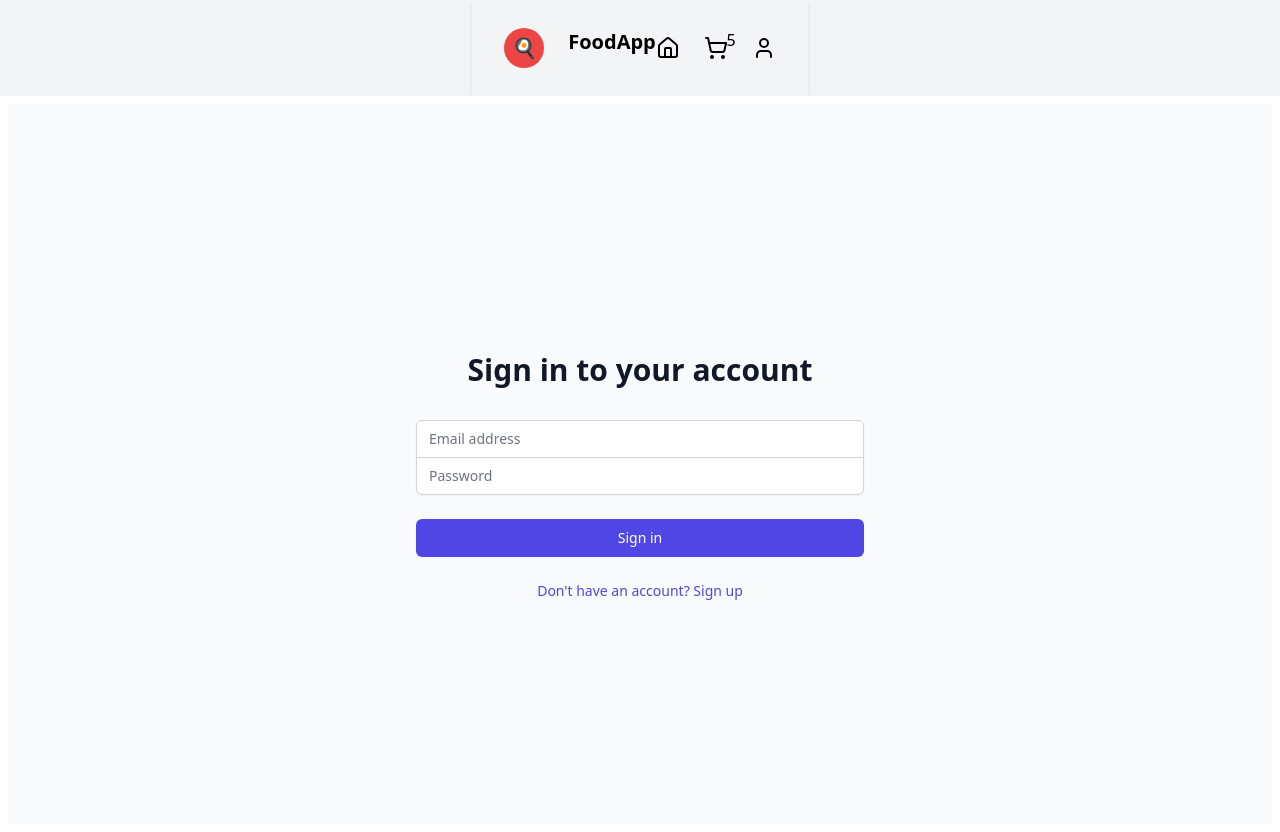
Repository: Deniihsilvaa/pastelariadoceesal
Page: /auth
These files come from the project's save history. The page is drawn as it stood at one moment and after the next save; the edit follows.
The browser window is 1280 px wide. The pictures show the whole page.
The page's requests for data from a server got no answer. The project was rebuilt for these pictures with package versions that can differ from the ones it lists, and the page was loaded fresh each time. No one was signed in, and anything a server would have sent is missing. Also part of the build but not shown: vite.config.ts, src/components/home/CategoryCard.tsx, src/pages/HomePage.tsx, src/lib/supabaseClient.ts, src/components/restaurant/MenuItem.tsx, src/components/restaurant/MenuList.tsx, src/components/restaurant/RestaurantHeader.tsx, src/pages/RestaurantPage.tsx and 1 more.

Above is the page before, as saved 2024-12-31 18:05:10.

### index.html
<!doctype html>
<html lang="en">

<head>
  <meta charset="UTF-8" />
  <link rel="icon" type="image/svg+xml" href="" />
  <meta name="viewport" content="width=device-width, initial-scale=1.0" />
  <title>Pastelaria Doce & Sal</title>

</head>

<body>
  <div id="root"></div>
  <script type="module" src="/src/main.tsx"></script>
</body>

</html>

### src/App.tsx
// src/app.tsx
import { PrimeReactProvider } from "primereact/api";
import React from "react";
import { BrowserRouter as Router } from "react-router-dom";
import { AuthProvider } from "./contexts/AuthContext";
import Rota from "./hooks/Rota.tsx";
import Layout from "./components/layout/Layout";

const App: React.FC = () => {
  return (
    <PrimeReactProvider value={{ unstyled: true }}>
      <Router>
        <AuthProvider>
          <Layout>
            <Rota />
          </Layout>
        </AuthProvider>
      </Router>
    </PrimeReactProvider>
  );
};

export default App;

### src/contexts/AuthContext.tsx
import  { createContext,  useState, ReactNode } from 'react';

interface AuthContextType {
  user: { name: string; email: string } | null;
  login: (userData: { name: string; email: string }) => void;
  logout: () => void;
}

export const AuthContext = createContext<AuthContextType | undefined>(undefined);

export function AuthProvider({ children }: { children: ReactNode }) {
  const [user, setUser] = useState<AuthContextType['user']>(null);

  const login = (userData: { name: string; email: string }) => {
    setUser(userData);
  };

  const logout = () => {
    setUser(null);
  };

  return (
    <AuthContext.Provider value={{ user, login, logout }}>
      {children}
    </AuthContext.Provider>
  );
}

### src/hooks/Rota.tsx
import { Routes, Route } from "react-router-dom";
import { useAuth } from "../contexts/useAuth.tsx";
import { AuthForm } from '../components/AuthForm.tsx';
import { HomePage } from '../pages/HomePage.tsx';
import { RestaurantPage } from '../pages/RestaurantPage';
import { Profile } from '../components/layout/profile/Profile';

const Rota = () => {
  const {user} = useAuth();

  return (
    <Routes>
      {/* Rotas públicas */}
      <Route path="/" element={<HomePage />} />
      <Route path="/auth" element={<AuthForm />} />
      <Route path="/profile" element={<Profile />} />
      <Route path="/restaurant/:id" element={<RestaurantPage />} />

      {user ? (
        <Route path="/profile" element={<Profile />} />
      ) : (
        <Route path="*" element={<HomePage />} />
      )}

      {/* Redirecionamento para a página inicial para qualquer outra rota desconhecida */}
      <Route path="*" element={<HomePage />} />
    </Routes>
  );
};

export default Rota;

### src/components/layout/Layout.tsx
// src/components/layout/Layout.tsx
import { ReactNode } from 'react';
import { Header } from './Header';

interface LayoutProps {
  children: ReactNode;
}

const Layout: React.FC<LayoutProps> = ({ children }) => {
  return (
    <div className="flex flex-col min-h-screen bg-gray-100 min-w-screen">
      <Header />
      <main className="flex-1 p-2 bg-white shadow-md">{children}</main>
    </div>
  );
};

export default Layout;

### src/contexts/useAuth.tsx
import { useContext } from 'react';
import {AuthContext} from '../contexts/AuthContext';

export function useAuth() {
  const context = useContext(AuthContext);
  if (context === undefined) {
    throw new Error('useAuth must be used within an AuthProvider');
  }
  return context;
}

### src/components/AuthForm.tsx
import { useState } from 'react';
import { useAuth } from '../contexts/useAuth';

export function AuthForm() {
  const [isLogin, setIsLogin] = useState(true);
  const [email, setEmail] = useState('');
  const [password, setPassword] = useState('');
  const [error, setError] = useState('');
  const { signIn, signUp } = useAuth();

  const handleSubmit = async (e: React.FormEvent) => {
    e.preventDefault();
    setError('');

    try {
      if (isLogin) {
        await signIn(email, password);
      } else {
        await signUp(email, password);
      }
    } catch (err) {
      setError(err instanceof Error ? err.message : 'An error occurred');
    }
  };

  return (
    <div className="flex items-center justify-center min-h-screen px-4 py-12 bg-gray-50 sm:px-6 lg:px-8">
      <div className="w-full max-w-md space-y-8">
        <div>
          <h2 className="mt-6 text-3xl font-extrabold text-center text-gray-900">
            {isLogin ? 'Sign in to your account' : 'Create your account'}
          </h2>
        </div>
        <form className="mt-8 space-y-6" onSubmit={handleSubmit}>
          <div className="-space-y-px rounded-md shadow-sm">
            <div>
              <label htmlFor="email-address" className="sr-only">
                Email address
              </label>
              <input
                id="email-address"
                name="email"
                type="email"
                required
                className="relative block w-full px-3 py-2 text-gray-900 placeholder-gray-500 border border-gray-300 rounded-none appearance-none rounded-t-md focus:outline-none focus:ring-indigo-500 focus:border-indigo-500 focus:z-10 sm:text-sm"
                placeholder="Email address"
                value={email}
                onChange={(e) => setEmail(e.target.value)}
              />
            </div>
            <div>
              <label htmlFor="password" className="sr-only">
                Password
              </label>
              <input
                id="password"
                name="password"
                type="password"
                required
                className="relative block w-full px-3 py-2 text-gray-900 placeholder-gray-500 border border-gray-300 rounded-none appearance-none rounded-b-md focus:outline-none focus:ring-indigo-500 focus:border-indigo-500 focus:z-10 sm:text-sm"
                placeholder="Password"
                value={password}
                onChange={(e) => setPassword(e.target.value)}
              />
            </div>
          </div>

          {error && (
            <div className="text-sm text-center text-red-500">{error}</div>
          )}

          <div>
            <button
              type="submit"
              className="relative flex justify-center w-full px-4 py-2 text-sm font-medium text-white bg-indigo-600 border border-transparent rounded-md group hover:bg-indigo-700 focus:outline-none focus:ring-2 focus:ring-offset-2 focus:ring-indigo-500"
            >
              {isLogin ? 'Sign in' : 'Sign up'}
            </button>
          </div>

          <div className="text-sm text-center">
            <button
              type="button"
              className="font-medium text-indigo-600 hover:text-indigo-500"
              onClick={() => setIsLogin(!isLogin)}
            >
              {isLogin
                ? "Don't have an account? Sign up"
                : 'Already have an account? Sign in'}
            </button>
          </div>
        </form>
      </div>
    </div>
  );
}

### src/components/layout/Header.tsx
// src/components/layout/Header.tsx
import { Link } from 'react-router-dom';
import { Avatar } from 'primereact/avatar';
import { Badge } from 'primereact/badge';
import { InputText } from 'primereact/inputtext';
import { Search, ShoppingCart, User, Home, Heart } from 'lucide-react';
import { useAuth } from '../../contexts/useAuth';

export function Header() {
  const { user } = useAuth();

  return (
    <div className="flex items-center justify-between p-4 mx-auto space-x-6 shadow-md max-w-7xl sm:flex-col md:flex-row">
      <div className="flex items-center justify-center h-16 px-4 mx-auto max-w-7xl">
        {/* Logo */}
        <Link to="/" className="flex justify-end space-x-6 ">
          <div className="flex items-center justify-center w-10 h-10 bg-red-500 rounded-full">
            <span className="text-xl text-white">🍳</span>
          </div>
          <span className="text-xl font-bold">FoodApp</span>
        </Link>

        {/* Navigation Links */}
        <nav className="flex items-center space-x-6">
          <Link to="/" className="nav-link">
            <Home className="w-6 h-6 hover:text-red-500" />
          </Link>

          <Link to="/cart" className="relative nav-link">
            <ShoppingCart className="w-6 h-6 hover:text-red-500" />
            <Badge value="5" className="absolute -top-2 -right-2" />
          </Link>
          <Link to={user ? "/profile" : "/auth"} className="nav-link">
            {user ? (
              <Avatar
                icon="pi pi-user"
                shape="circle"
                size="xlarge"
                className="w-10 h-10 bg-gray-200 hover:shadow-lg"
              />
            ) : (
              <User className="w-6 h-6 hover:text-red-500" />
            )}
          </Link>
        </nav>
      </div>
    </div>
  );
}

### tailwind.config.js
/** @type {import('tailwindcss').Config} */
module.exports = {
  content: ["./index.html", "./src/**/*.{js,ts,jsx,tsx}"],
  theme: {
    extend: {},
  },
  plugins: [],
}

Loaded but not shown: src/main.tsx (common file); src/index.css (common file)

After the next save:
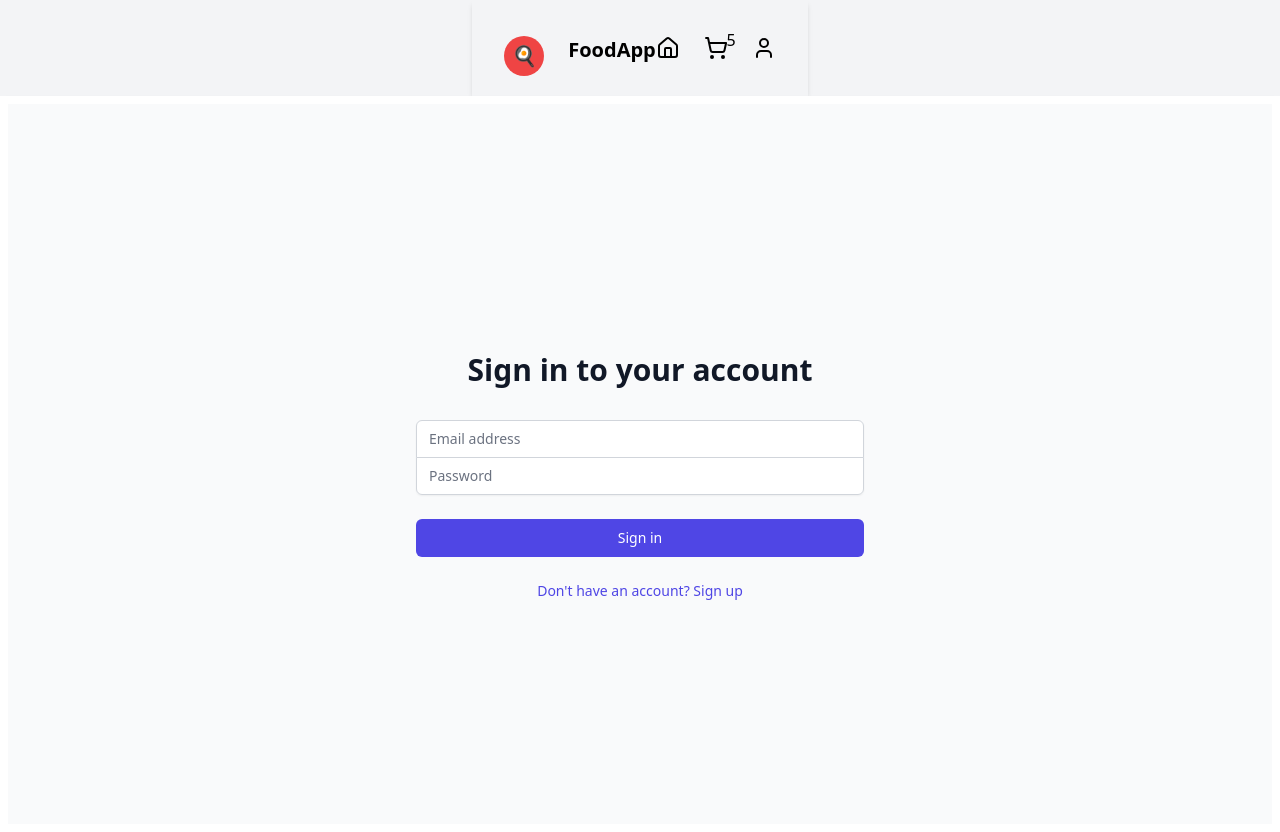
Saved 34 s later.
--- a/src/components/layout/Header.tsx
+++ b/src/components/layout/Header.tsx
@@ -13,7 +13,7 @@
     <div className="flex items-center justify-between p-4 mx-auto space-x-6 shadow-md max-w-7xl sm:flex-col md:flex-row">
       <div className="flex items-center justify-center h-16 px-4 mx-auto max-w-7xl">
         {/* Logo */}
-        <Link to="/" className="flex justify-end space-x-6 ">
+        <Link to="/" className="flex justify-end mt-4 space-x-6">
           <div className="flex items-center justify-center w-10 h-10 bg-red-500 rounded-full">
             <span className="text-xl text-white">🍳</span>
           </div>

After the save that followed:
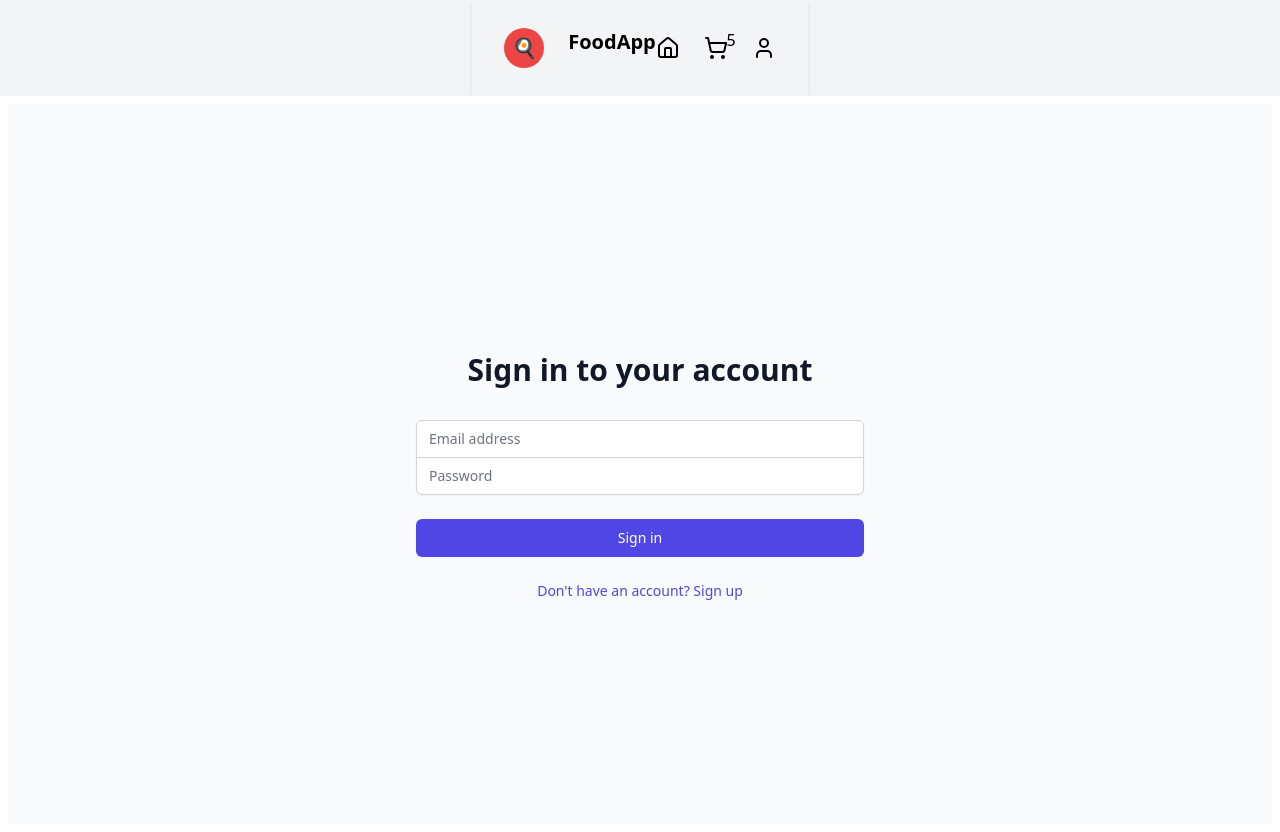
Saved 6 s later.
--- a/src/components/layout/Header.tsx
+++ b/src/components/layout/Header.tsx
@@ -13,7 +13,7 @@
     <div className="flex items-center justify-between p-4 mx-auto space-x-6 shadow-md max-w-7xl sm:flex-col md:flex-row">
       <div className="flex items-center justify-center h-16 px-4 mx-auto max-w-7xl">
         {/* Logo */}
-        <Link to="/" className="flex justify-end mt-4 space-x-6">
+        <Link to="/" className="flex justify-end space-x-6 ">
           <div className="flex items-center justify-center w-10 h-10 bg-red-500 rounded-full">
             <span className="text-xl text-white">🍳</span>
           </div>
